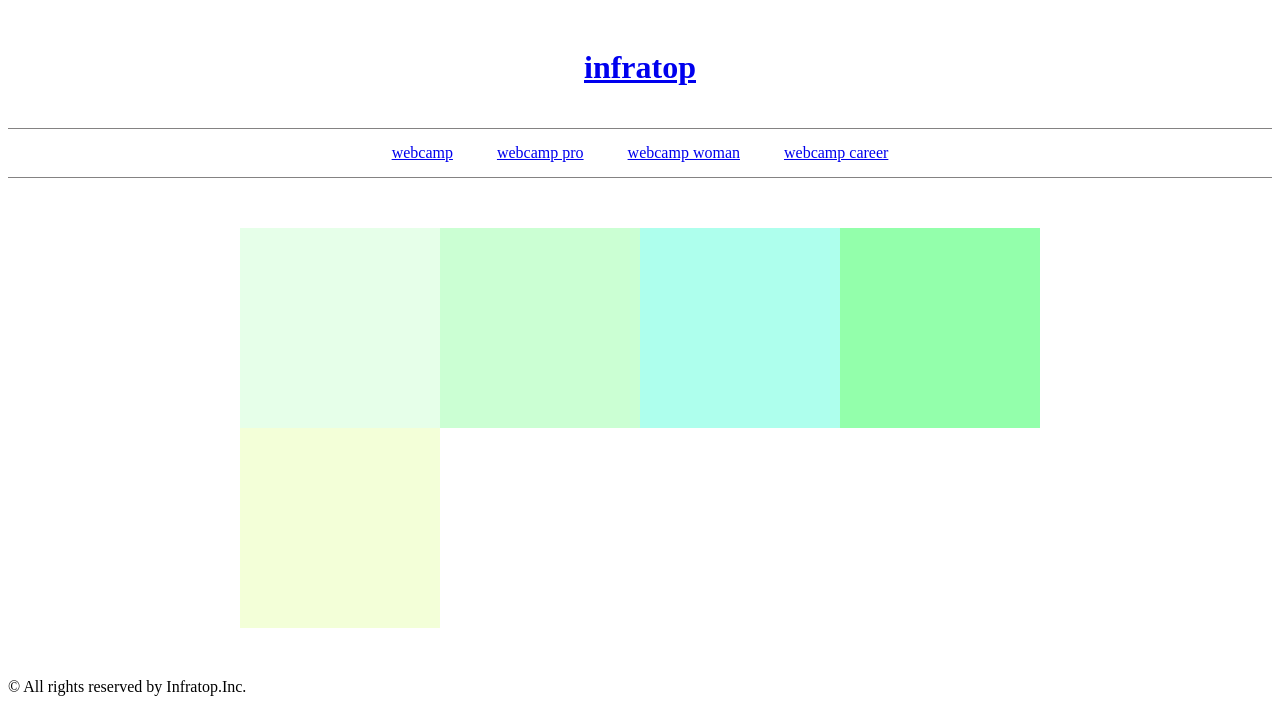
Repository: ego-boosting/html-practice1
Page: chapter5/index.html
The author's editor kept a record of every edit. The page is drawn from the files as they stood at one moment, then again after the next edit.
The browser window is 1280 px wide. The pictures show the whole page.

Above is the page before.

### chapter5/index.html
<!DOCTYPE html>
<html lang="ja">

  <head>
    <meta charset="UTF-8" />
    <link rel="stylesheet" href="style.css" />
    <title></title>
  </head>

  <body>
    <header>
      <h1 class="heading">
        <a href="index.html">
          infratop
        </a>

      </h1>
    </header>

    <nav>

      <ul class="nav-list">
        <li class="nav-list-item">
          <a href="index.html">webcamp</a>
        </li>
        <li class="nav-list-item">
          <a href="index.html">webcamp pro</a>
        </li>
        <li class="nav-list-item">
          <a href="index.html">webcamp woman</a>
        </li>
        <li class="nav-list-item">
          <a href="index.html">webcamp career</a>
        </li>

      </ul>

    </nav>

    <div class="main">
      <div class="box1"></div>
      <div class="box2"></div>
      <div class="box3"></div>
      <div class="box4"></div>
      <div class="box5"></div>
      <div class="box6"></div>
      <div class="box7"></div>
      <div class="box8"></div>
      <div class="box9"></div>
      <div class="box10"></div>
      <div class="box11"></div>
      <div class="box12"></div>
    </div>

    <div class="blog"></div>
    <div class="sidebar"></div>

    </div>

    <footer>
      <p class="footer-text">© All rights reserved by Infratop.Inc.</p>
    </footer>
   </body>
 </html>

### chapter5/style.css
＊{
  margin:0;
  padding:0;
  box-sizing:obder-box;
}

header{
 width:100%;
 padding:20px 0;
 text-align:center;
}

.nav-list{
  text-align:center;
  padding:15px 0;
  margin:auto 0;
  border-bottom:1px solid#848282;
  border-top:1px solid#848282;
}
.nav-list-item{
  list-style:none;
  display: inline-block;
  margin: 0 20px;
}

.main{
 width:800px;
 margin:50px auto;
 display:flex;
 flex-wrap:wrap;
}

.box1{
  width:200px;
  height:200px;
  background-color:#e6ffe9;
}

.box2{
  width:200px;
  height:200px;
  background-color:#cbffd3;
}

.box3{
  width:200px;
  height:200px;
  background-color:#aeffed;
}

.box4{
  width:200px;
  height:200px;
  background-color:#93ffab;
}

.box5{
  width:200px;
  height:200px;
  background-color:#f3ffd8;
}

.box1{
  width:200px;
  height:200px;
  background-color:#edffbe;
}

.box1{
  width:200px;
  height:200px;
  background-color:#;
}

.box1{
  width:200px;
  height:200px;
  background-color:#e6ffe9;
}

.box1{
  width:200px;
  height:200px;
  background-color:#e6ffe9;
}

.box1{
  width:200px;
  height:200px;
  background-color:#e6ffe9;
}

.box1{
  width:200px;
  height:200px;
  background-color:#e6ffe9;
}

.box1{
  width:200px;
  height:200px;
  background-color:#e6ffe9;
}

After the next edit:
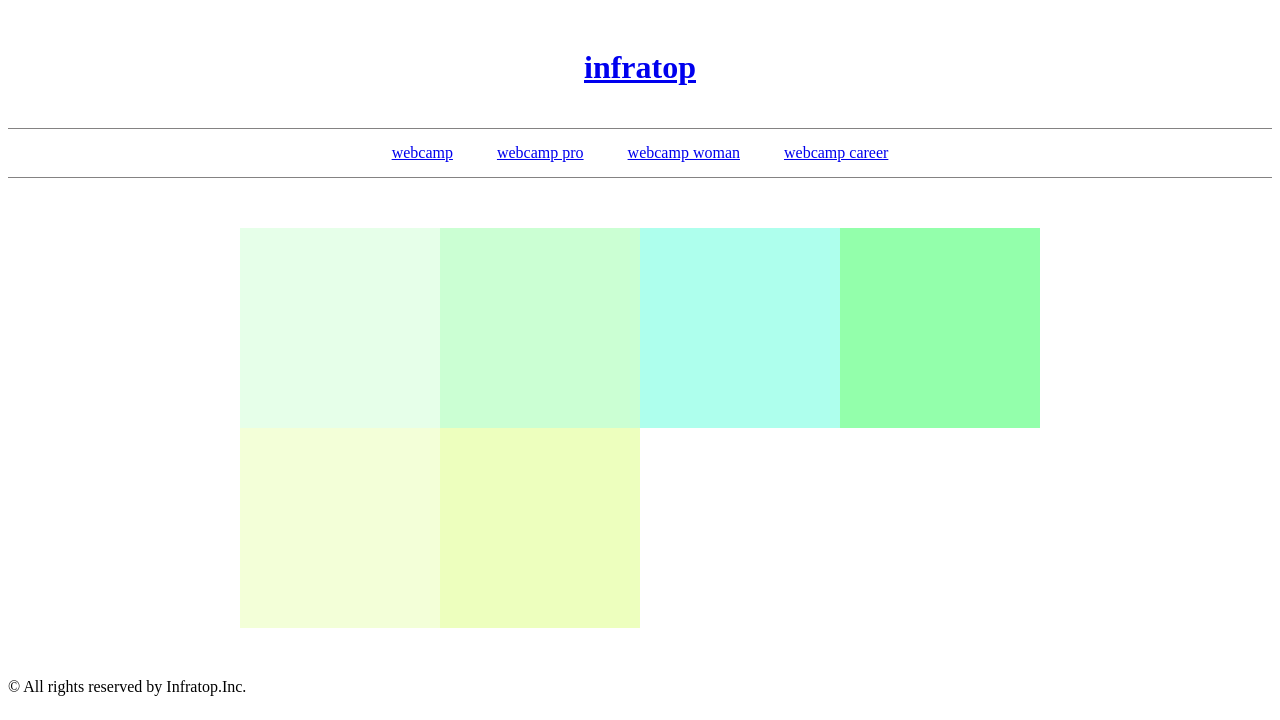
The edit:
--- a/chapter5/style.css
+++ b/chapter5/style.css
@@ -60,7 +60,7 @@
   background-color:#f3ffd8;
 }
 
-.box1{
+.box6{
   width:200px;
   height:200px;
   background-color:#edffbe;
